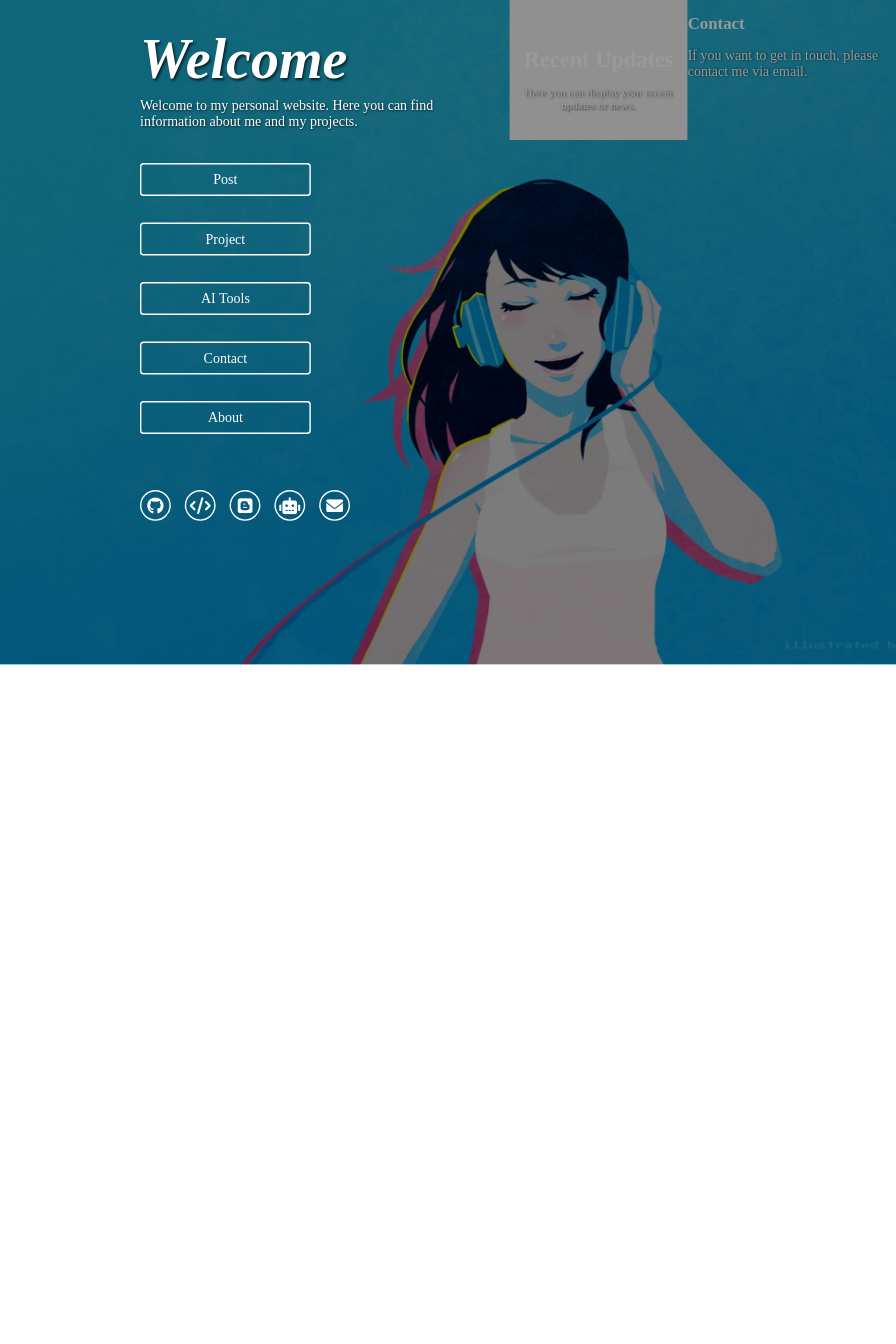
Repository: cydxf/cydxf.github.io
Page: index.html
An editor plug-in stored every save of this project. The page is shown before and after the next save, followed by the edit.
The browser window is 1280 px wide. The pictures show the part of the page from y = 0 to 1920 px (the page is 2896 px tall), at 70% of full size.

Above is the page before, as saved 2024-08-02 04:15:49.

### index.html
<!DOCTYPE html>
<html lang="en">
<head>
    <meta charset="UTF-8">
    <meta name="viewport" content="width=device-width, initial-scale=1.0">
    <title>My Personal Website</title>
    <link rel="stylesheet" href="css/styles.css">
    <link rel="stylesheet" href="https://cdnjs.cloudflare.com/ajax/libs/font-awesome/6.0.0-beta3/css/all.min.css">
</head>
<body>
    <main>
        <section class="hero">
            <div class="hero-content">
                <h1>Welcome</h1>
                <p>Welcome to my personal website. Here you can find information about me and my projects.</p>
                <div class="button-group">
                    <a href="https://example.com" class="button">Post</a>
                    <a href="https://example.com" class="button">Project</a>
                    <a href="https://example.com" class="button">AI Tools</a>
                    <a href="https://example.com" class="button">Contact</a>
                    <a href="https://example.com" class="button">About</a>
                </div>
                <div class="social-buttons">
                    <a href="https://github.com/cydxf" class="social-button" aria-label="GitHub"><i class="fab fa-github"></i></a>
                    <a href="https://www.luogu.com.cn" class="social-button" aria-label="Luogu"><i class="fas fa-code"></i></a>
                    <a href="https://www.csdn.net" class="social-button" aria-label="CSDN"><i class="fab fa-blogger"></i></a>
                    <a href="https://chat.openai.com" class="social-button" aria-label="OpenAI"><i class="fas fa-robot"></i></a>
                    <a href="mailto:2814489090@qq.com" class="social-button" aria-label="Email"><i class="fas fa-envelope"></i></a>
                </div>
            </div>
        </div>
        <div class="updates-section">
            <div class="updates-content">
                <h2>Recent Updates</h2>
                <p>Here you can display your recent updates or news.</p>
            </div>
        </div>
        <section id="contact">
            <h2>Contact</h2>
            <p>If you want to get in touch, please contact me via email.</p>
        </section>
    </main>
    <footer>
        <p>&copy; 2024 Huang Jiaxi</p>
    </footer>
    <script src="js/script.js"></script>
    </head>
</body>
</html>

### css/styles.css
body, html {
    margin: 0;
    padding: 0;
    height: 200%;
    width: 100%;
}

.hero {
    position: absolute;
    width: 100%;
    height: 131.8vh; /* Viewport height */
    left: 0;
    top: 0;
    background-image: url('../resource/image/shigiChannelArt_clean.jpg'); /* 首页大图  */
    background-size: cover;
    background-position: center;
    background-repeat: no-repeat;
    color: #fff;
    display: flex;
    justify-content: flex-start;
    align-items: flex-start;
    text-align: left;
}

.hero:before{
    content: '';
    position: absolute;
    top: 0;
    left: 0;
    width: 100%;
    height: 100%;
    background: rgba(0, 0, 0, 0.4);
    z-index: 1;
}

.hero-content {
    position: relative;
    z-index: 2;
    padding: 40px;
    margin-left: 160px;
}

.hero h1 {
    font-style: italic;
    font-size: 5rem; /* 适当调整标题字体大小 */
    margin: 0;
    padding: 0;
    text-shadow: 2px 2px 4px rgba(0, 0, 0, 0.7); /* 添加文本阴影使其更清晰 */
}

.hero p {
    font-style:initial;
    font-size: 1.25rem; /* 适当调整副标题字体大小 */
    margin-top: 0.5rem;
    text-shadow: 1px 1px 3px rgba(0, 0, 0, 0.7); /* 添加文本阴影使其更清晰 */
}

.button-group {
    display: flex;
    flex-direction: column; /* Stack buttons vertically */
    gap: 10px; /* Space between buttons */
}

.button {
    display: inline-block;
    padding: 10px 20px;
    margin-top: 28px; /* Adds spacing between text and button */
    font-size: 1.25rem;
    color: #fff; /* Text color */
    background-color: transparent; /* Transparent background */
    border: 2px solid #fff; /* White border */
    border-radius: 5px;
    text-decoration: none;
    text-align: center;
    transition: background-color 0.3s ease, color 0.3s ease; /* Smooth transition on hover */
    max-width: 200px; /* Limit maximum width */
    width: auto; /* Allow width to adjust based on content */
}

.button:hover {
    background-color: #fff; /* White background on hover */
    color: #000; /* Change text color on hover if needed */
    border-color: #fff; /* Keep border color white on hover */
}

.social-buttons {
    display: flex;
    gap: 20px; /* Space between social buttons */
    margin-top: 80px; /* Add spacing above social buttons */
}

.social-button {
    display: inline-flex;
    align-items: center;
    justify-content: center;
    width: 40px; /* Set width for icon buttons */
    height: 40px; /* Set height for icon buttons */
    font-size: 1.5rem; /* Adjust icon size */
    color: #fff; /* Icon color */
    background-color: transparent; /* Transparent background */
    border: 2px solid #fff; /* White border */
    border-radius: 50%; /* Circular button */
    text-decoration: none;
    transition: background-color 0.3s ease, color 0.3s ease; /* Smooth transition on hover */
}

.social-button:hover {
    background-color: #fff; /* White background on hover */
    color: #000; /* Change icon color on hover */
    border-color: #fff; /* Keep border color white on hover */
}

.updates-section {
    background-color: #f0f0f0; /* Light grey background */
    padding: 40px 20px; /* Padding for spacing inside the section */
    margin-top: 0; /* Ensure it is directly below the hero section */
}

.updates-content {
    max-width: 800px; /* Maximum width for content */
    margin: 0 auto; /* Center the content */
    text-align: center; /* Center text inside the section */
}

.updates-content h2 {
    font-size: 2rem; /* Title font size */
    margin-bottom: 20px; /* Space below the title */
}

.updates-content p {
    font-size: 1rem; /* Content font size */
    margin: 0; /* Remove margin */
}

### js/script.js
document.addEventListener("DOMContentLoaded", function() {
    const links = document.querySelectorAll("nav ul li a");

    links.forEach(link => {
        link.addEventListener("click", function(event) {
            event.preventDefault();
            const targetId = this.getAttribute("href").substring(1);
            const targetSection = document.getElementById(targetId);
            window.scrollTo({
                top: targetSection.offsetTop,
                behavior: "smooth"
            });
        });
    });
});

After the next save:
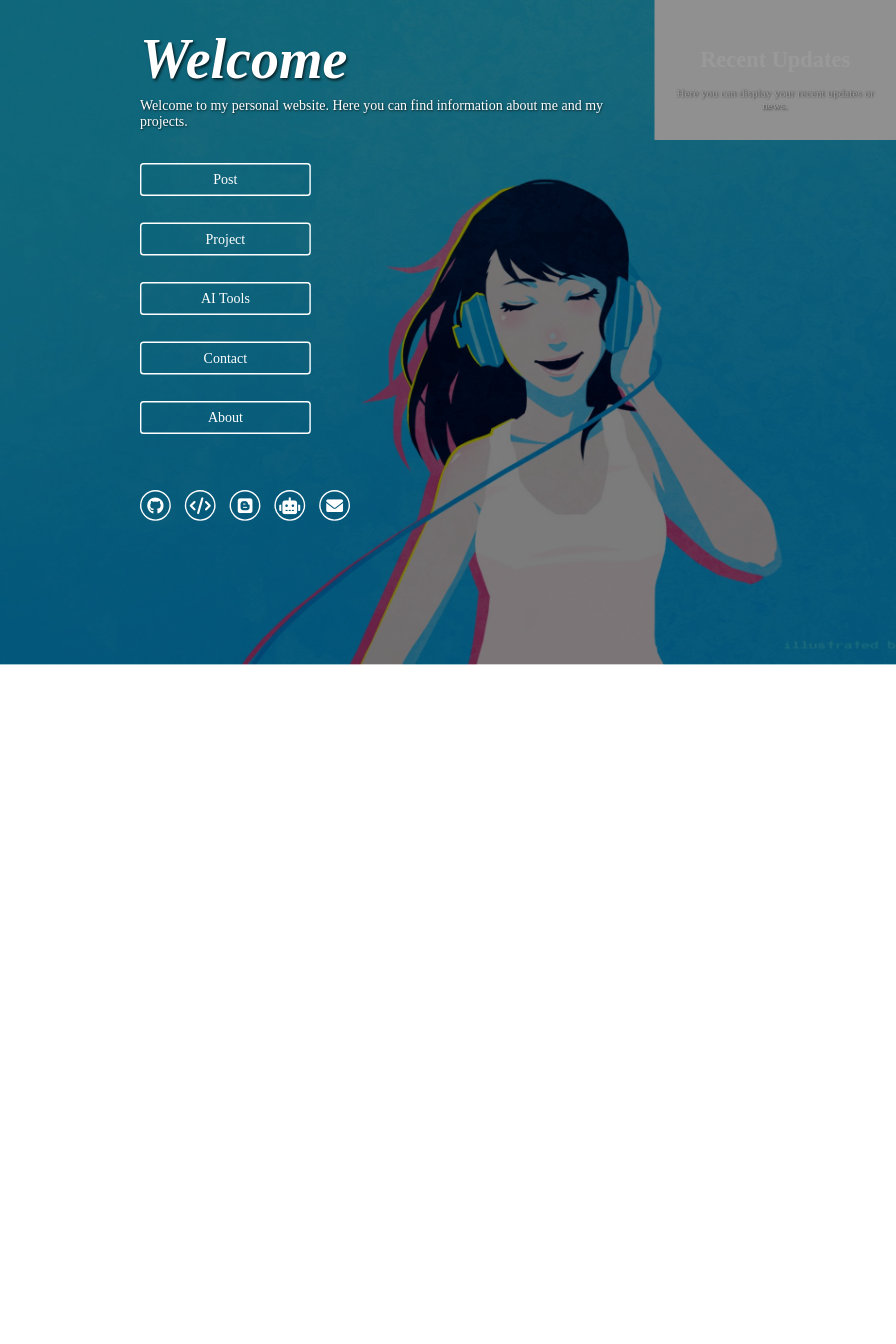
Saved 3 min 7 s later.
--- a/index.html
+++ b/index.html
@@ -35,10 +35,6 @@
                 <p>Here you can display your recent updates or news.</p>
             </div>
         </div>
-        <section id="contact">
-            <h2>Contact</h2>
-            <p>If you want to get in touch, please contact me via email.</p>
-        </section>
     </main>
     <footer>
         <p>&copy; 2024 Huang Jiaxi</p>
